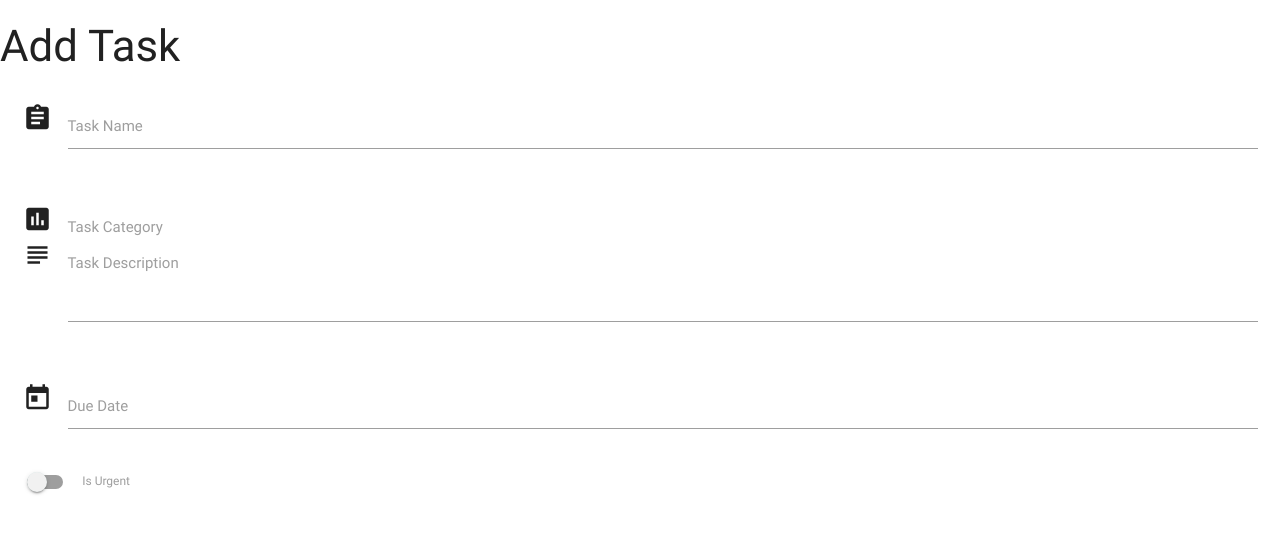
Repository: kalkiboru111/task-manager
Page: http://localhost/add_task
The author's editor kept a record of every edit. The page is drawn from the files as they stood at one moment, then again after the next edit.
The browser window is 1280 px wide. The pictures show the whole page.
The page is served by the project's application, run on Flask 3 (app.py). Queries for data that is not in the repository find no rows.

Above is the page before.
Console error: TypeError: $(...).formSelect is not a function

### templates/addtask.html
{% extends 'base.html' %} {% block content %}
<h3>Add Task</h3>
<div class="row">
    <form action="" method="POST" class="col s12">
        <div class="row">
            <div class="input-field col s12">
                <i class="material-icons prefix">assignment</i>
                <input id="task_name" name="task_name" type="text">
                <label for="icon_prefix">Task Name</label>
            </div>
        </div>
        <div class="row">
            <div class="input-field col s12">
                <i class="material-icons prefix">poll</i>
                <select id="category" name="category_name">
                    <option value="" disabled selected>Choose Category</option>
                    <option value="1">Option 1</option>
                    <option value="2">Option 2</option>
                    <option value="3">Option 3</option>
                    </select>
                <label>Task Category</label>
            </div>
        </div>

        <div class="row">
            <div class="input-field col s12">
                <i class="material-icons prefix">subject</i>
                <textarea name="task_description" id="task_description" class="materialize-textarea"></textarea>
                <label for="icon_telephone">Task Description</label>
            </div>
        </div>
        <div class="row">
            <div class="input-field col s12" id="matfix">
                <i class="material-icons prefix">today</i>
                <input id="due_date" name="due_date" type="text" class="datepicker">
                <label for="icon_prefix">Due Date</label>
            </div>
        </div>
        <div class="row">
            <div class="switch">
                <label>
                  <input id="is_urgent" name="is_urgent" type="checkbox">
                  <span class="lever"></span>
                  Is Urgent
                </label>
            </div>
        </div>
    </form>
</div>

{% endblock %}

### templates/base.html
<!DOCTYPE html>
<html>

<head>
    <link href="https://fonts.googleapis.com/icon?family=Material+Icons" rel="stylesheet">
    <link rel="stylesheet" href="https://cdnjs.cloudflare.com/ajax/libs/materialize/0.100.2/css/materialize.min.css">
</head>

<body>
    {% block content %} {% endblock %}
    <script src="https://cdnjs.cloudflare.com/ajax/libs/jquery/3.4.1/jquery.min.js" integrity="sha256-CSXorXvZcTkaix6Yvo6HppcZGetbYMGWSFlBw8HfCJo=" crossorigin="anonymous"></script>
    <script src="https://cdnjs.cloudflare.com/ajax/libs/materialize/0.100.2/js/materialize.min.js"></script>
    <script type="text/javascript">
        $(document).ready(function() {
            $('.collapsible').collapsible();
            $('select').formSelect();

            $('.datepicker').pickadate({
                selectMonths: true, // Creates a dropdown to control month
                selectYears: 15, // Creates a dropdown of 15 years to control year,
                today: 'Today',
                clear: 'Clear',
                close: 'Ok',
                closeOnSelect: false // Close upon selecting a date,
            });

            $(document).getElementById("matfix").addEventListener("click", function(e) {
                e.stopPropagation();
            });
        })
    </script>

</body>

</html>

### app.py
import os
from flask import Flask, render_template, request, redirect, url_for
from flask_pymongo import PyMongo
from bson.objectid import ObjectId


app = Flask(__name__)

app.config["MONGO_DBNAME"] = "task manager"
app.config["MONGO_URI"] = "mongodb+srv://root:83ZQythXiDEUTHCq@myfirstcluster-qstcj.mongodb.net/task_manager?retryWrites=true&w=majority"

mongo = PyMongo(app)

@app.route('/')
@app.route('/get_tasks')
def get_tasks():
    return render_template("tasks.html", tasks=mongo.db.tasks.find())

@app.route('/add_task')
def add_task():
    return render_template("addtask.html",
        categories=mongo.db.categories.find())

if __name__ == '__main__':
    app.run(host=os.environ.get('IP'),
    port=int(os.environ.get('PORT')),
    debug=True)

After the next edit:
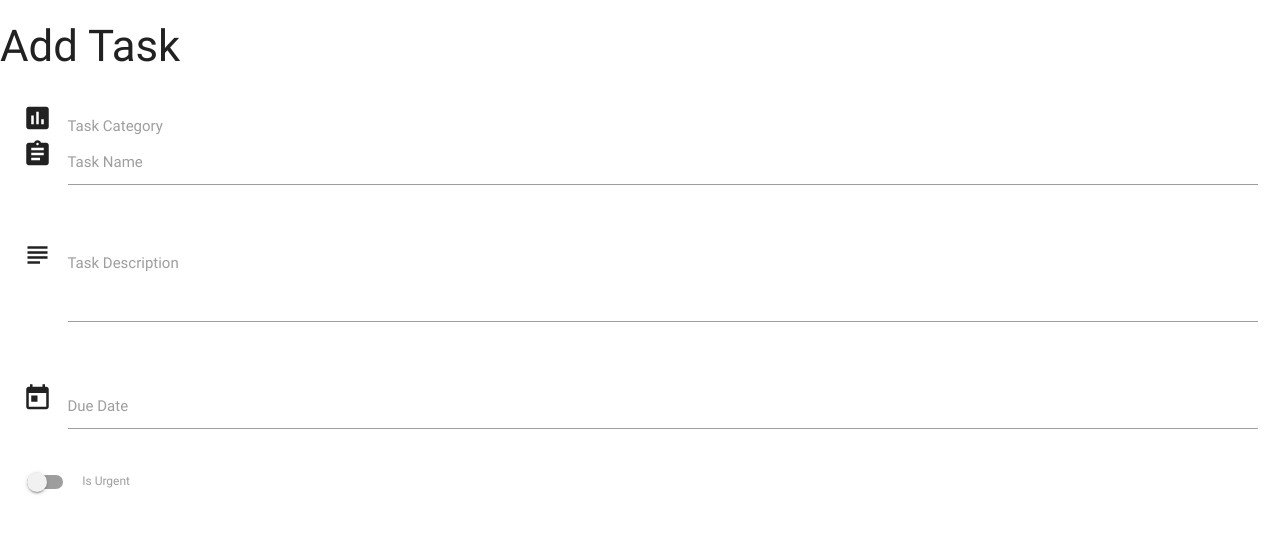
The edit:
--- a/templates/addtask.html
+++ b/templates/addtask.html
@@ -3,6 +3,18 @@
 <div class="row">
     <form action="" method="POST" class="col s12">
         <div class="row">
+            <div class="row">
+                <div class="input-field col s12">
+                    <i class="material-icons prefix">poll</i>
+                    <select id="category" name="category_name">
+                  <option value="" disabled selected>Choose Category</option>
+                  {% for cat in categories %}
+                      <option value="{{cat.category_name}}">{{cat.category_name}}</option>
+                  {% endfor %}
+                </select>
+                    <label>Task Category</label>
+                </div>
+            </div>
             <div class="input-field col s12">
                 <i class="material-icons prefix">assignment</i>
                 <input id="task_name" name="task_name" type="text">
@@ -11,26 +23,13 @@
         </div>
         <div class="row">
             <div class="input-field col s12">
-                <i class="material-icons prefix">poll</i>
-                <select id="category" name="category_name">
-                    <option value="" disabled selected>Choose Category</option>
-                    <option value="1">Option 1</option>
-                    <option value="2">Option 2</option>
-                    <option value="3">Option 3</option>
-                    </select>
-                <label>Task Category</label>
-            </div>
-        </div>
-
-        <div class="row">
-            <div class="input-field col s12">
                 <i class="material-icons prefix">subject</i>
                 <textarea name="task_description" id="task_description" class="materialize-textarea"></textarea>
                 <label for="icon_telephone">Task Description</label>
             </div>
         </div>
         <div class="row">
-            <div class="input-field col s12" id="matfix">
+            <div class="input-field col s12" id='matfix'>
                 <i class="material-icons prefix">today</i>
                 <input id="due_date" name="due_date" type="text" class="datepicker">
                 <label for="icon_prefix">Due Date</label>
